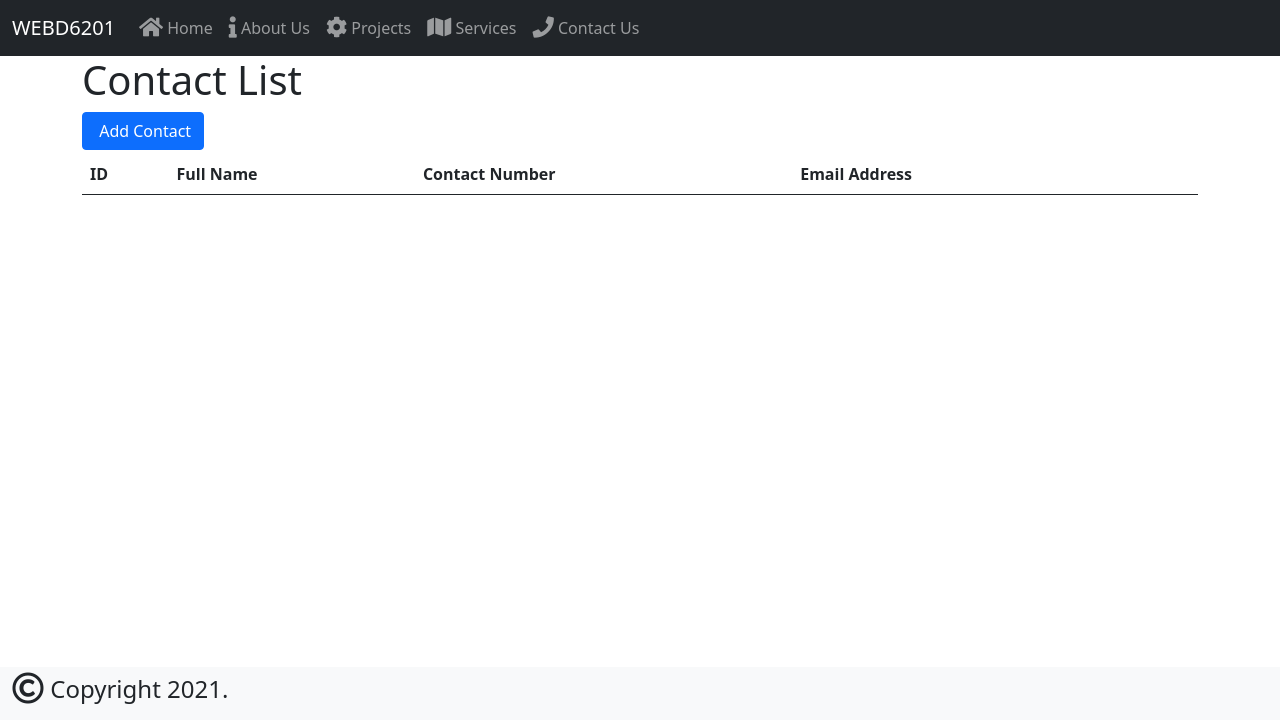
Repository: GarlicButterBoy/WEBD6201-ICE04
Page: contact-list.html
These files come from the project's save history. The page is drawn as it stood at one moment and after a run of saves; the edit follows.
The browser window is 1280 px wide. The pictures show the whole page.

Above is the page before, as saved 2021-02-10 09:24:01.

After the next 2 saves:
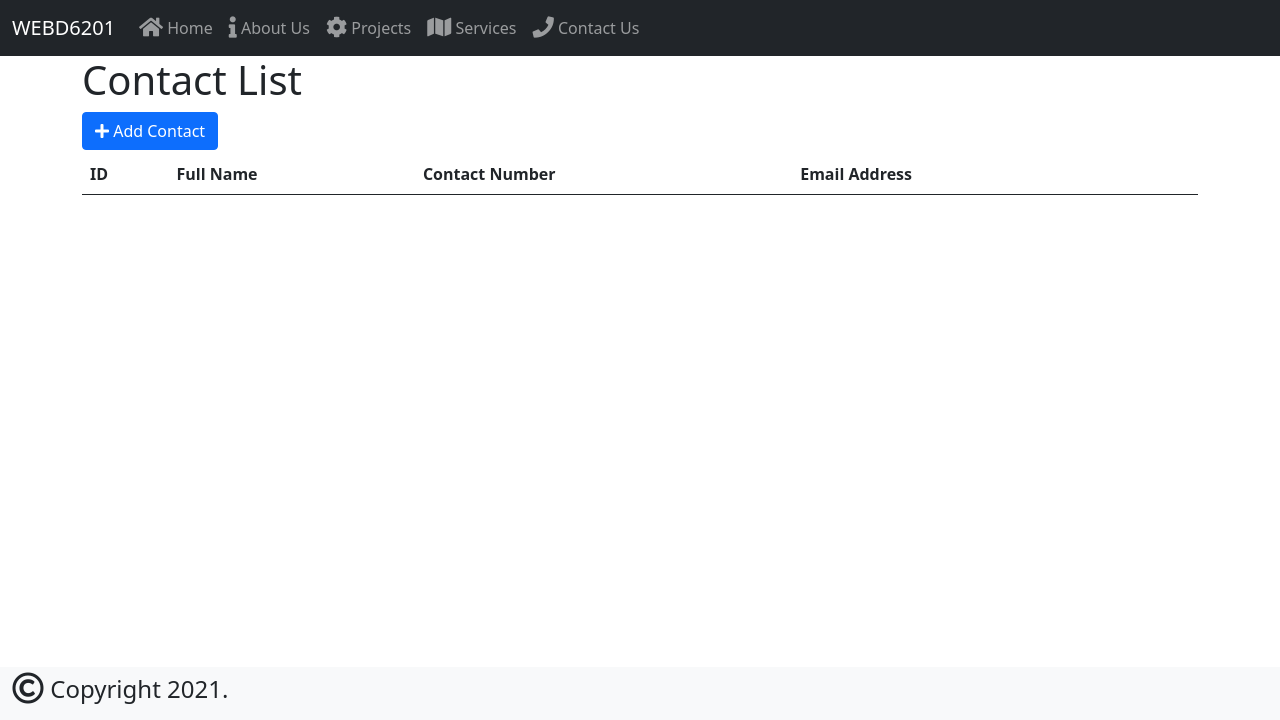
The 2 saves are shown as one change because they came seconds apart.
The last was saved 6 s later.
--- a/contact-list.html
+++ b/contact-list.html
@@ -53,7 +53,7 @@
         <div class="row">
           <div class="col">
 
-            <button class="btn btn-primary mb-1"><i class="fas fab-plus-octagon"></i> Add Contact</button>
+            <button class="btn btn-primary mb-1"><i class="fas fa-plus"></i> Add Contact</button>
             <table class="table table-striped">
             <thead>
               <tr>
